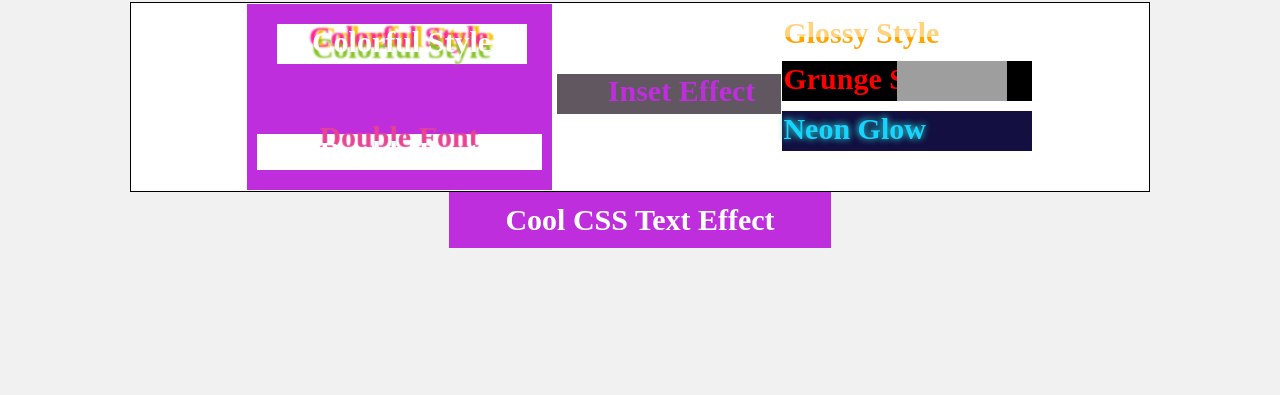
Repository: watermelonfee/HTCNWEB
Page: CSS/Tuan03/Bai2/Bai2b.html
An editor plug-in stored every save of this project. The page is shown before and after the next save, followed by the edit.
The browser window is 1280 px wide. The pictures show the whole page.
Pictures or frames that could not be fetched are drawn as grey boxes.

Above is the page before, as saved 2023-03-13 23:12:04.

After the next save:
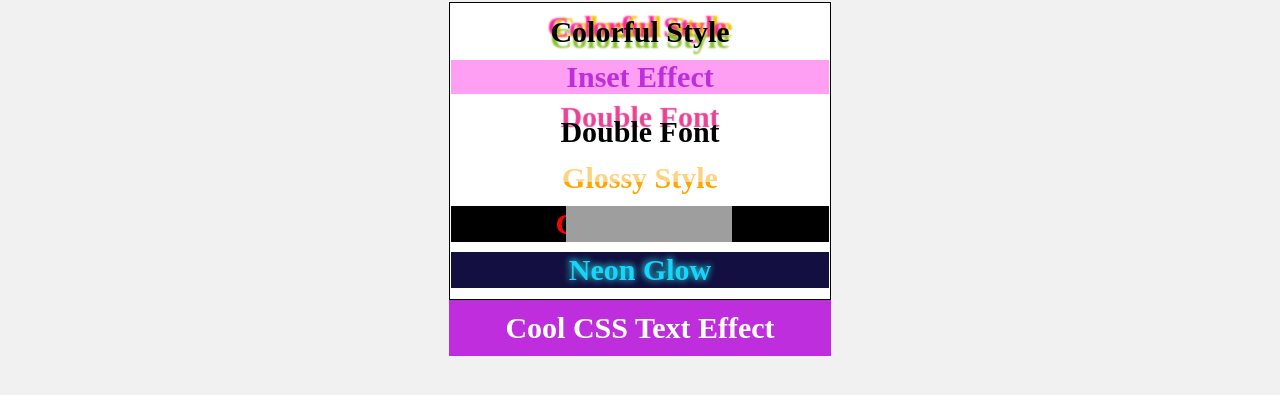
Saved 43 s later.
--- a/CSS/Tuan03/Bai2/Bai2b.html
+++ b/CSS/Tuan03/Bai2/Bai2b.html
@@ -5,28 +5,27 @@
     <meta charset="UTF-8" />
     <meta name="viewport" content="width=device-width, initial-scale=1.0" />
     <link rel="stylesheet" href="bai2b.css" />
-    <title>Bai 2b - html</title>
+    <title>Bai 2B - CSS</title>
 </head>
 
 <body>
-    <div id="content">
-        <div id="content2">
-            <div id="divID1">Colorful Style</div>
-            <div id="divID2">Inset Effect</div>
-            <div id="divID3">Double Font</div>
+    <div id="content" class="container">
+        <div id="divID1">Colorful Style</div>
+        <div id="divID2">Inset Effect</div>
+        <div id="divID3">Double Font</div>
+        <div id="divID4">
+            Glossy Style
+            <span id="divID4_span"></span>
         </div>
-        <div id="content3">
-            <div id="divID4">
-                Glossy Style
-                <span id="divID4_span"></span>
-            </div>
-            <div id="divID5">
-                Grunge Style
-                <span id="divID5_span"></span>
-            </div>
-            <div id="divID6">Neon Glow</div>
+
+        <div id="divID5">
+            Grunge Style
+            <span id="divID5_span"></span>
         </div>
+
+        <div id="divID6">Neon Glow</div>
     </div>
+
     <div id="content2" class="container">
         <p>Cool CSS Text Effect</p>
     </div>
--- a/CSS/Tuan03/Bai2/bai2b.css
+++ b/CSS/Tuan03/Bai2/bai2b.css
@@ -15,10 +15,9 @@ div {
 }
 
 #content {
-    width: 80%;
+    width: 30%;
     border: 1px solid;
-    display: flex;
-    justify-content: space-between;
+    text-align: center;
 }
 
 #content2 {
@@ -35,21 +34,14 @@ div {
     text-shadow: 0 6px 2px #85c226, -3px -5px 2px #fe2192, 3px -5px 2px #f7c200;
     margin-top: 10px;
     margin-bottom: 10px;
-    margin-left: 20px;
-    height: 40px;
-    width: 250px;
-    align-items: center;
 }
 
 #divID2 {
     padding: 0px 10px 0px 10px;
     color: #be2edd;
-    background-color: #615760;
+    background-color: #ff9ff3;
     margin-top: 10px;
     margin-bottom: 10px;
-    height: 40px;
-    width: 250px;
-    margin-left: 300px;
 }
 
 #divID3 {
@@ -86,9 +78,6 @@ div {
     margin-top: 10px;
     margin-bottom: 10px;
     background-color: black;
-    height: 40px;
-    width: 250px;
-    align-items: center;
 }
 
 #divID5_span {
@@ -108,7 +97,4 @@ div {
     text-shadow: 0px 0px 7px #22a6b3, -1px -1px 7px #22a6b3;
     margin-top: 10px;
     margin-bottom: 10px;
-    height: 40px;
-    width: 250px;
-    align-items: center;
 }
